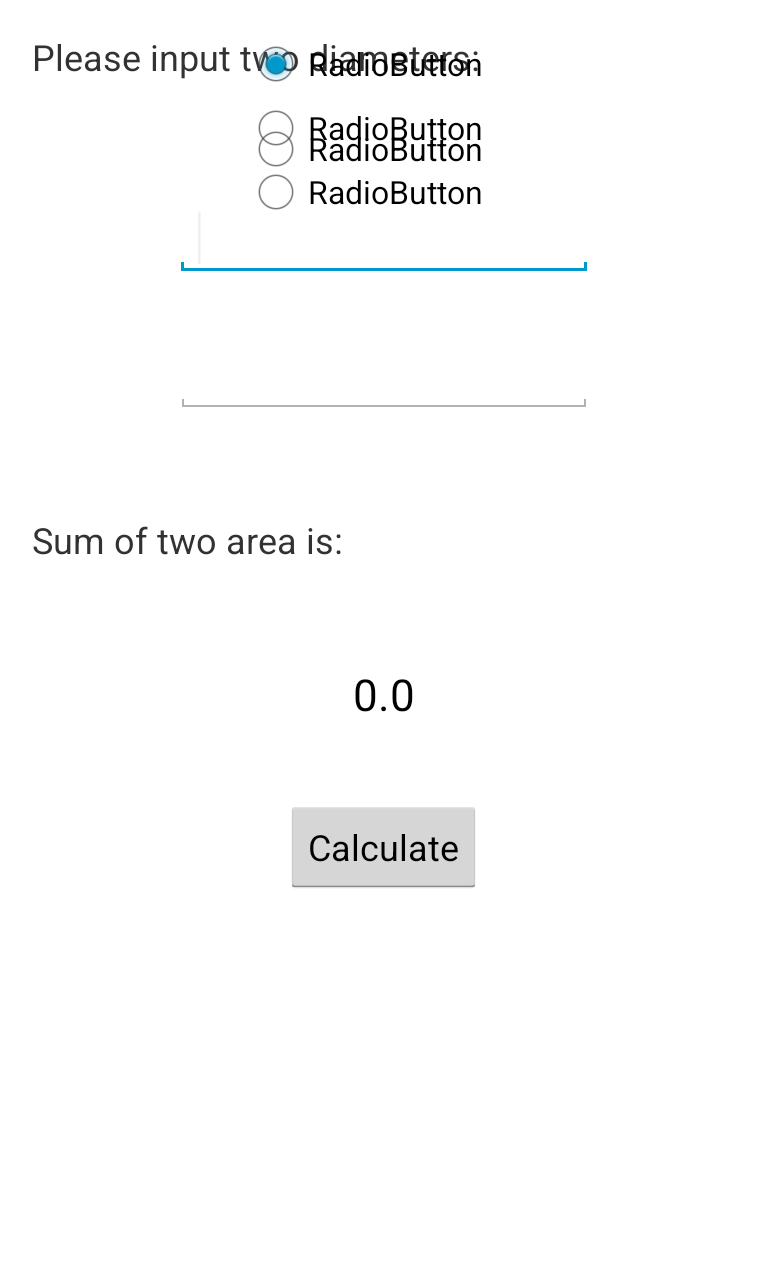
Repository: cugfeng/Android
Layout: MyHelloWorld/res/layout/activity_main.xml
An editor plug-in stored every save of this project. The layout is shown before and after the next save, followed by the edit.
It is drawn on a 768 x 1280 px phone screen (xhdpi) without system bars, with theme AppTheme; the app's code is not run.

Above is the layout before, as saved 2013-05-11 13:57:06.

After the next save:
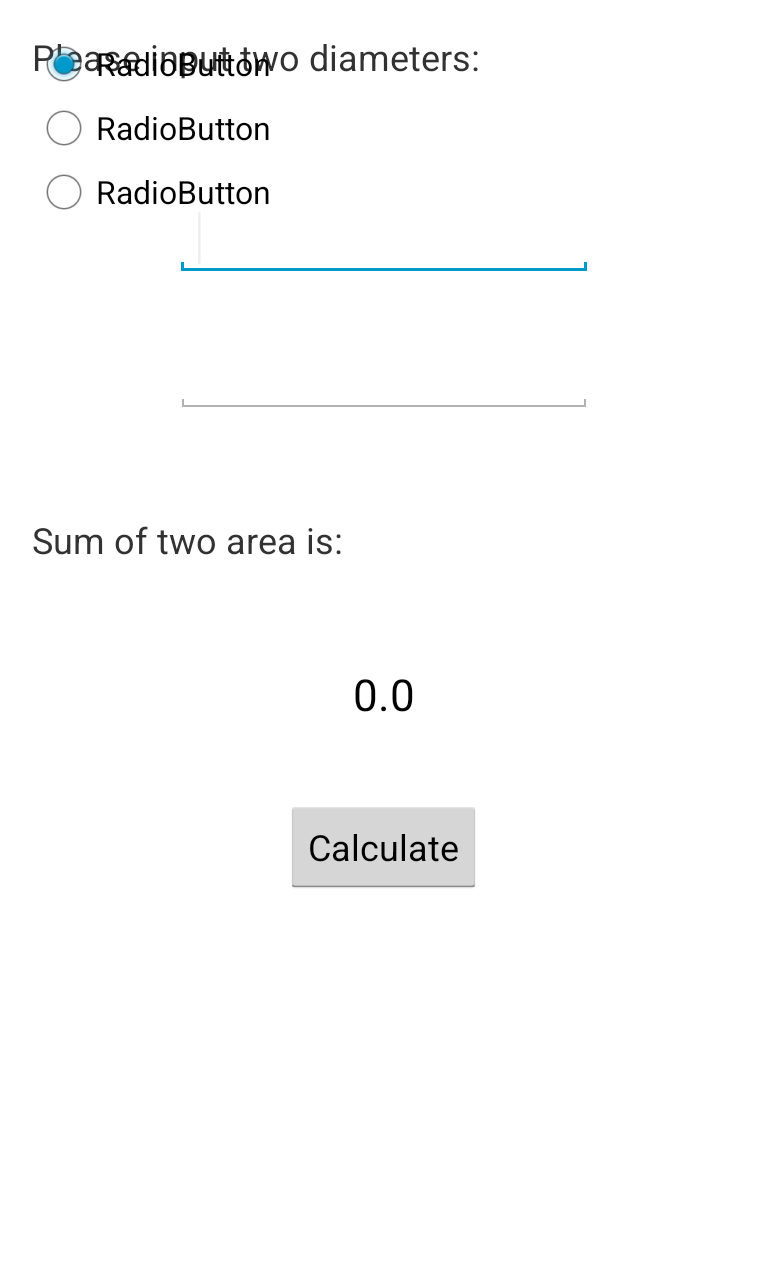
Saved 13 s later.
--- a/MyHelloWorld/res/layout/activity_main.xml
+++ b/MyHelloWorld/res/layout/activity_main.xml
@@ -67,14 +67,6 @@
         android:onClick="calculateArea"
         android:text="@string/calculate" />
 
-    <RadioButton
-        android:id="@+id/radioButton1"
-        android:layout_width="wrap_content"
-        android:layout_height="wrap_content"
-        android:layout_alignRight="@+id/calculate_area"
-        android:layout_below="@+id/textView1"
-        android:layout_marginTop="18dp"
-        android:text="RadioButton" />
 
     <RadioGroup
         android:id="@+id/radioGroup1"
